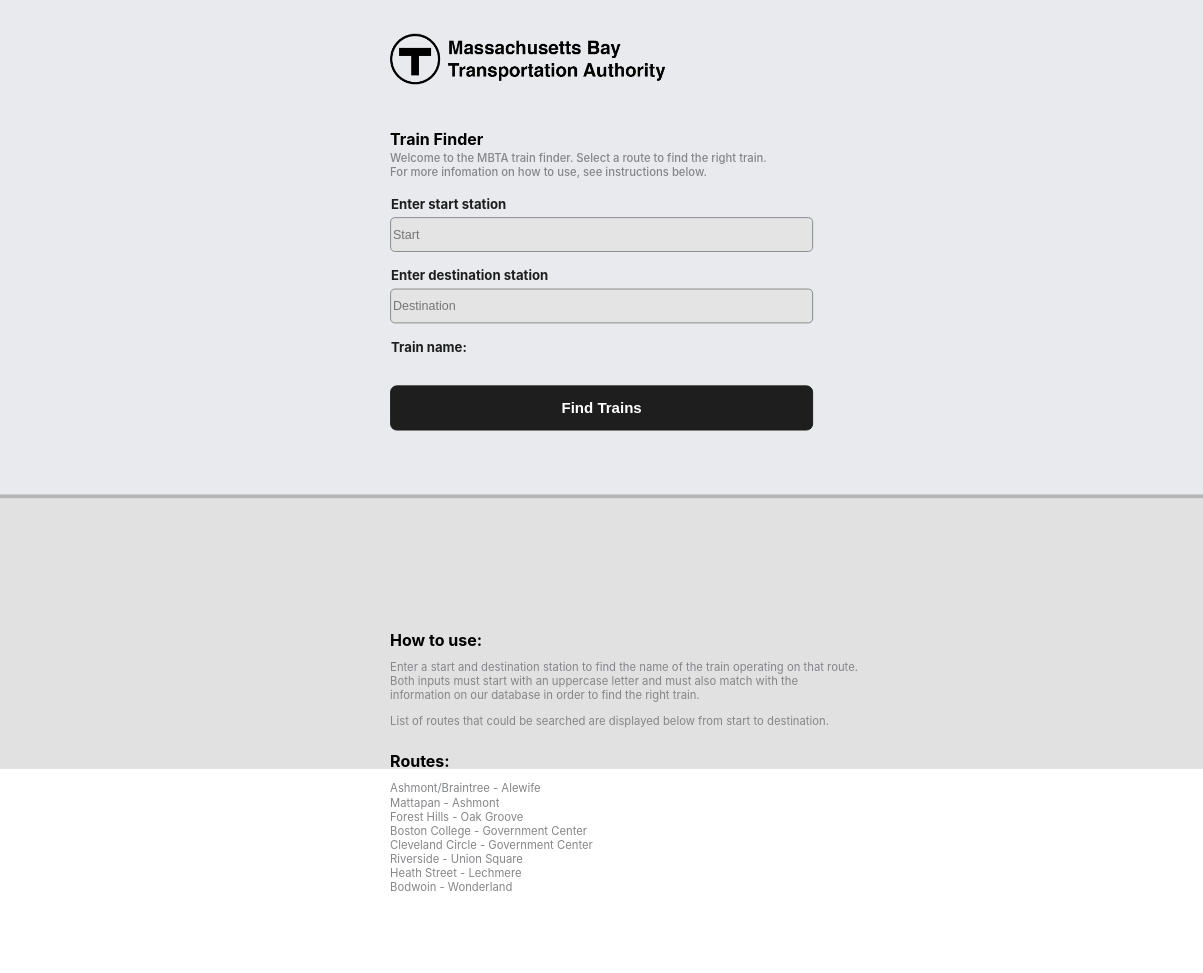
Repository: jumadesigns/mbta-train-finder
Page: / (app in mbta-app/)
The author's editor kept a copy of each file at every save. The page is drawn from the files as they stood at one save, then again after the next save.
The browser window is 1280 px wide. The pictures show the whole page, at 94% of full size.
The page's requests for data from a server got no answer. The project was rebuilt for these pictures with package versions that can differ from the ones it lists, and the page was loaded fresh each time. No one was signed in, and anything a server would have sent is missing.

Above is the page before, as saved 2022-09-26 22:11:47.

After the next save:
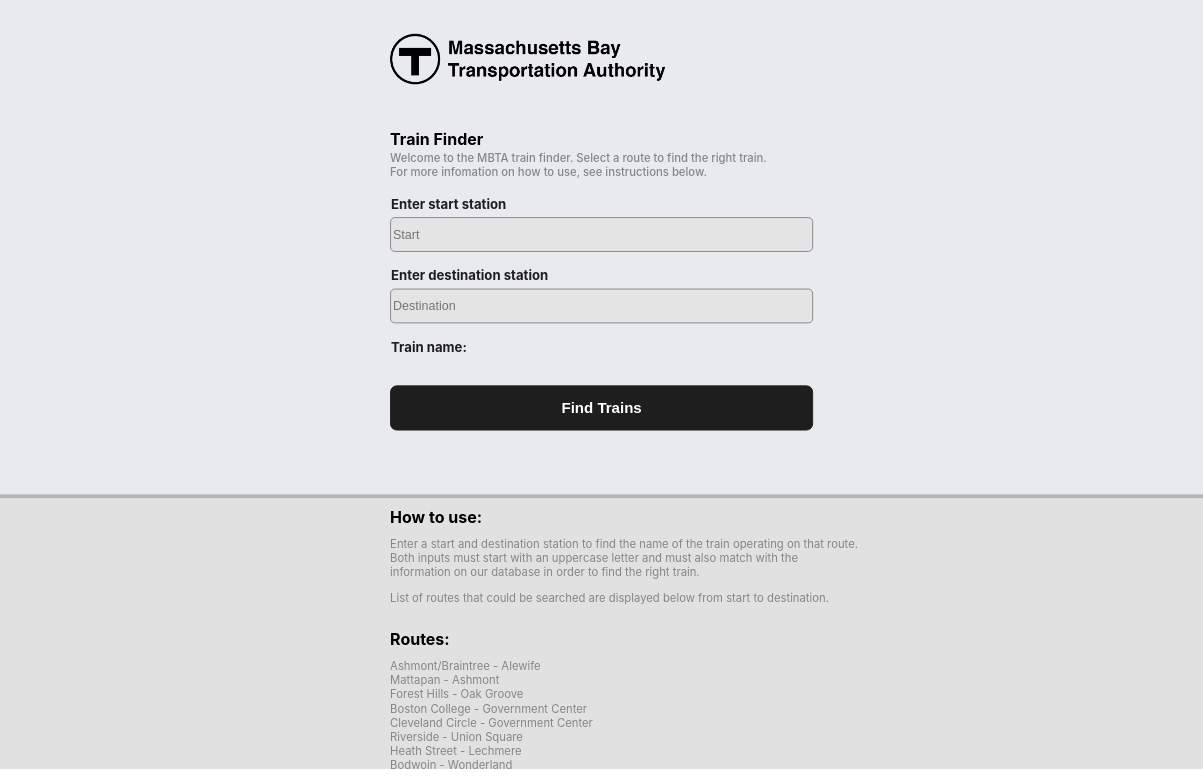
Saved 40 s later.
--- a/mbta-app/src/index.css
+++ b/mbta-app/src/index.css
@@ -131,7 +131,7 @@
   width: 450px;
   margin-top: -10px;
   top: 40%;
-  position: absolute;
+  position: ;
   /*background-color: blue;*/
 }
 
